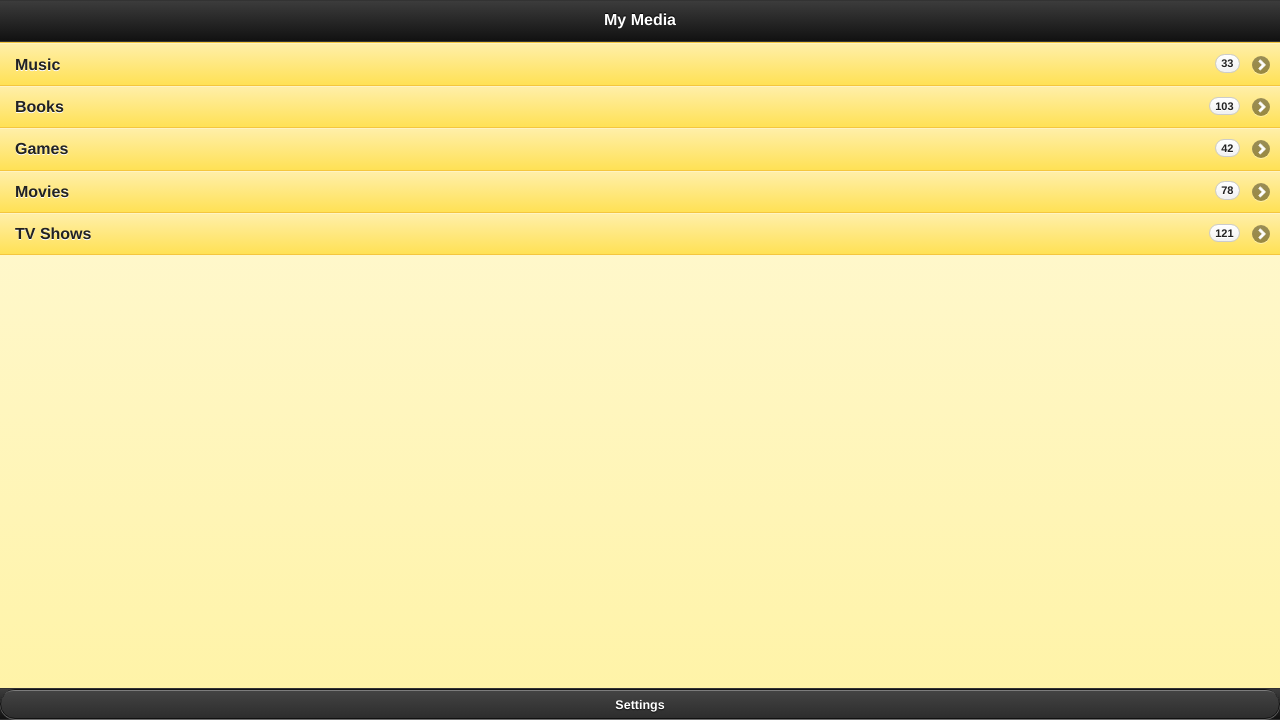
Repository: shavo0915/MediaCollectionApp
Page: MediaCollectionApp/assets/www/index.html
These files come from the project's save history. The page is drawn as it stood at one moment and after the next save; the edit follows.
The browser window is 1280 px wide. The pictures show the whole page.

Above is the page before, as saved 2013-01-30 23:34:44.

### MediaCollectionApp/assets/www/index.html
<!DOCTYPE html>
<html>
<head>
	<title>Media Collection App</title>
	<meta name="viewport" content="width=device-width, initial-scale=1">
	<link rel="stylesheet" href="jquery.mobile-1.2.0/jquery.mobile-1.2.0.css" />
	<script src="jQuery/jquery-1.8.2.js"></script>
	<script src="jquery.mobile-1.2.0/jquery.mobile-1.2.0.js"></script>
</head>
<body>

	<div data-role="page" id="myMedia" data-theme="e">

		<div data-role="header">
			<h1>My Media</h1>
		</div><!-- /header -->

		<ul data-role="listview">
			<li>
				<a href="">
					Music
					<span class="ui-li-count">33</span>
				</a>
			</li>
			<li>
				<a href="">
					Books
					<span class="ui-li-count">103</span>
				</a>
			</li>
			<li>
				<a href="">
					Games
					<span class="ui-li-count">42</span>
				</a>
			</li>
			<li>
				<a href="">
					Movies
					<span class="ui-li-count">78</span>
				</a>
			</li>
			<li>
				<a href="">
					TV Shows
					<span class="ui-li-count">121</span>
				</a>
			</li>

			<div data-role="footer" data-position="fixed">
				<a href="" data-role="button" data-theme="a" data-inline="false">Settings</a>
			</div>

		</ul>

	</div><!-- /page -->

</body>
</html>

Loaded but not shown: MediaCollectionApp/assets/www/jquery.mobile-1.2.0/jquery.mobile-1.2.0.css (library); MediaCollectionApp/assets/www/jQuery/jquery-1.8.2.js (library); MediaCollectionApp/assets/www/jquery.mobile-1.2.0/jquery.mobile-1.2.0.js (library)

After the next save:
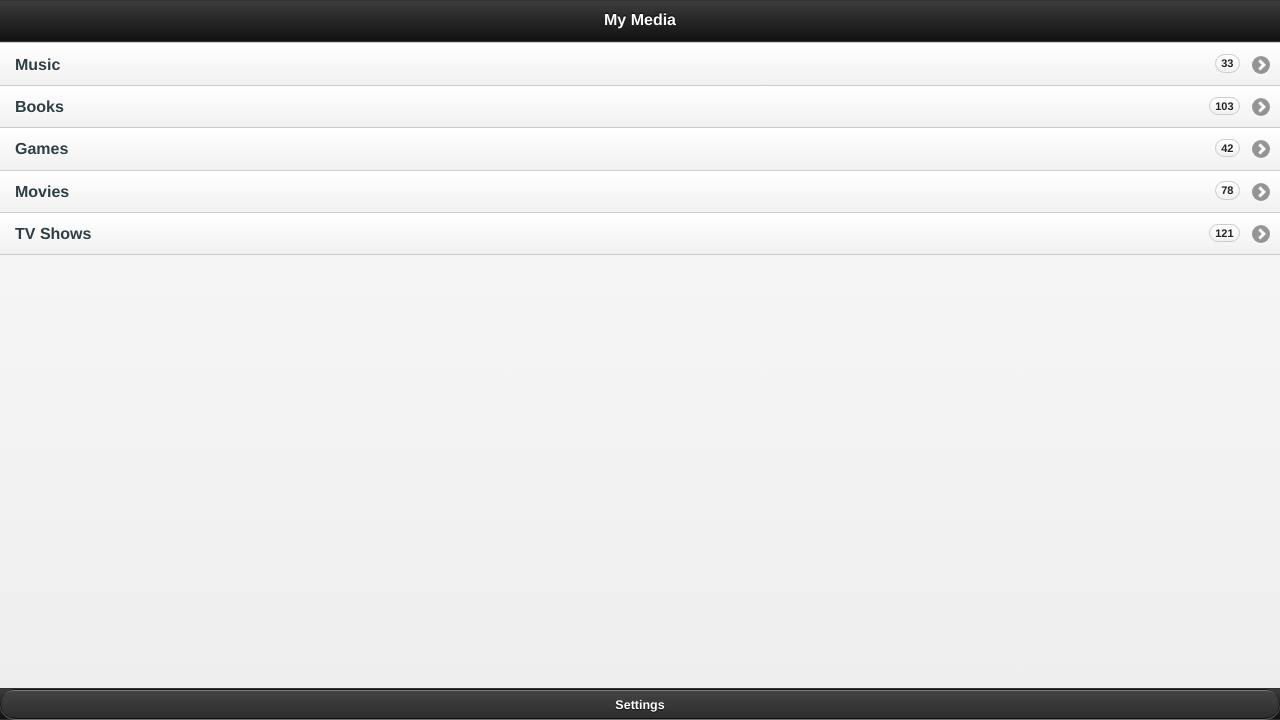
Saved 20 s later.
--- a/MediaCollectionApp/assets/www/index.html
+++ b/MediaCollectionApp/assets/www/index.html
@@ -9,7 +9,7 @@
 </head>
 <body>
 
-	<div data-role="page" id="myMedia" data-theme="e">
+	<div data-role="page" id="myMedia">
 
 		<div data-role="header">
 			<h1>My Media</h1>
